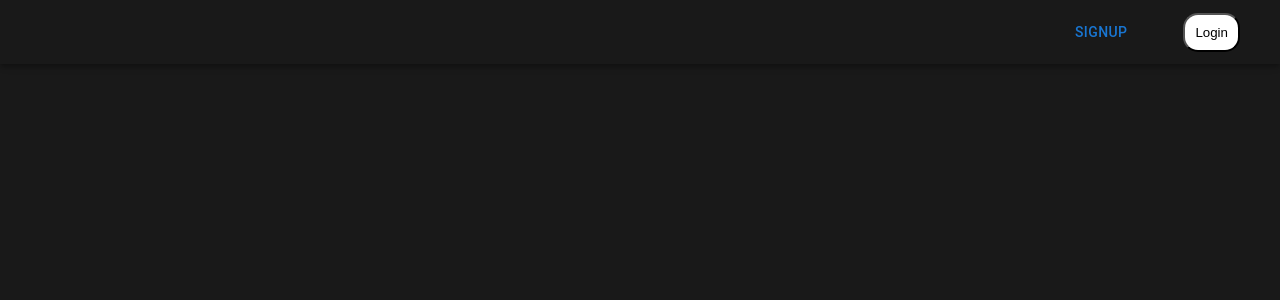
Repository: Armstrong2035/ikigai
Page: / (app in Ikigai/ikigai/)
An editor plug-in stored every save of this project. The page is shown before and after the next save, followed by the edit.
The browser window is 1280 px wide. The pictures show the whole page.
The project was rebuilt for these pictures with package versions that can differ from the ones it lists, and the page was loaded fresh each time. The framework's server and built-in components were replaced by stand-ins that run in the browser. Also part of the build but not shown: Ikigai/ikigai/next.config.mjs.

Above is the page before, as saved 2024-09-07 11:03:18.

### Ikigai/ikigai/src/app/layout.js
export const metadata = {
  title: "Ikigai",
  description:
    "Productivity app for people who juggle several interests and responsibilities",
};

export default function RootLayout({ children }) {
  return (
    <html lang="en">
      <body style={{ backgroundColor: "#191919" }}>{children}</body>
    </html>
  );
}

### Ikigai/ikigai/src/app/page.js
"use client";
import React from "react";
import LandingPage from "../../components/LandingPage/LandingPage";

export default function Home() {
  return (
    <>
      <LandingPage />
    </>
  );
}

### Ikigai/ikigai/components/LandingPage/LandingPage.js
import NavBar from "./NavBar/NavBar";

export default function LandingPage() {
  return (
    <>
      <NavBar />
    </>
  );
}

### Ikigai/ikigai/components/LandingPage/NavBar/NavBar.js
import { AppBar, Toolbar, Button, Stack } from "@mui/material";

export default function NavBar() {
  return (
    <div>
      <AppBar sx={{ backgroundColor: "inherit" }}>
        <Stack direction="row" justifyContent={"flex-end"} sx={{ mr: 2 }}>
          <Toolbar>
            <Button variant="text">Signup</Button>
          </Toolbar>
          <Toolbar>
            <button
              style={{
                backgroundColor: "white",
                borderRadius: "15px",
                padding: "10px 10px",
              }}
            >
              Login
            </button>
          </Toolbar>
        </Stack>
      </AppBar>
    </div>
  );
}

After the next save:
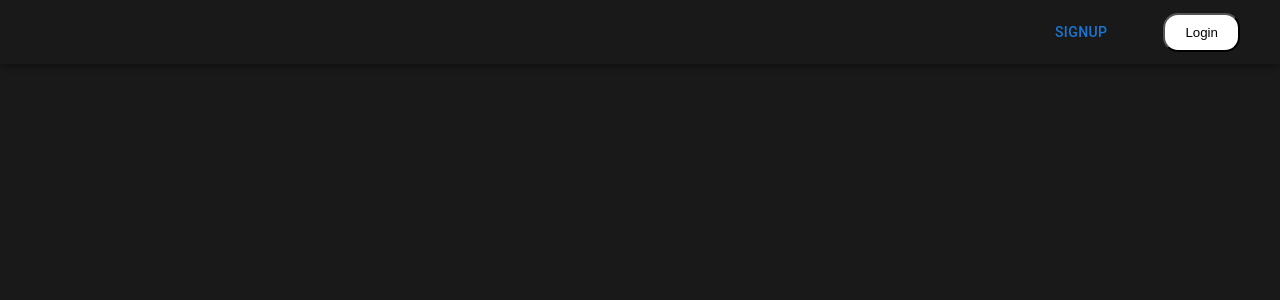
Saved 8 s later.
--- a/Ikigai/ikigai/components/LandingPage/NavBar/NavBar.js
+++ b/Ikigai/ikigai/components/LandingPage/NavBar/NavBar.js
@@ -13,7 +13,7 @@ export default function NavBar() {
               style={{
                 backgroundColor: "white",
                 borderRadius: "15px",
-                padding: "10px 10px",
+                padding: "10px 20px",
               }}
             >
               Login
